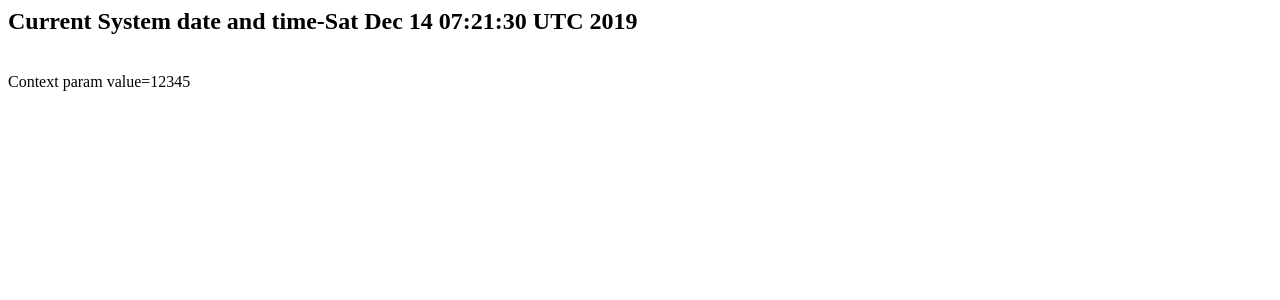
Repository: sunilbiradar179/TY_CG_HTD_BangaloreNovember_JFS_SunilBiradar
Page: http://localhost/mywebapp/currentDate
These files come from the project's save history. The page is drawn as it stood at one moment and after the next save; the edit follows.
The browser window is 1280 px wide. The pictures show the whole page.
The page is served by Tomcat 9.

Above is the page before, as saved 2019-12-16 07:55:47.

After the next save:
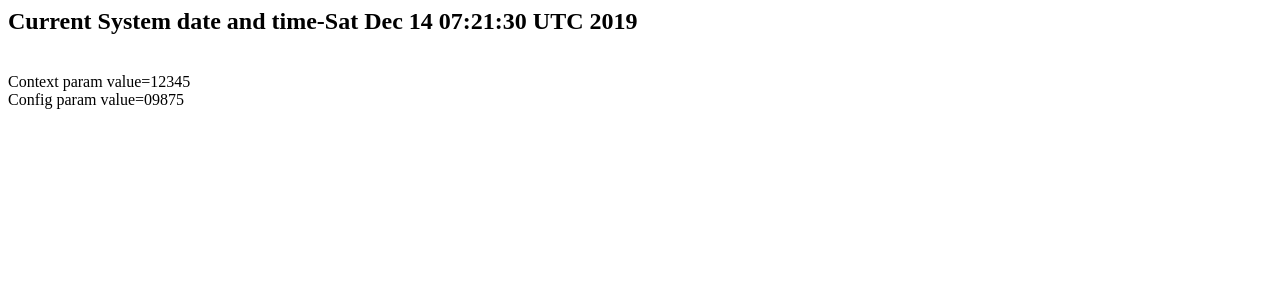
Saved 44 s later.
--- a/Back End/Servlets/mywebapp/src/main/java/com/capgmini/mywebapp/servlets/DateServlet.java
+++ b/Back End/Servlets/mywebapp/src/main/java/com/capgmini/mywebapp/servlets/DateServlet.java
@@ -34,6 +34,8 @@ public class DateServlet extends HttpServlet
 		out.print("<html>");
 		out.print("<h2>Current System date and time-"+date+"</h2>");
 		out.print("<br> Context param value="+contextParamVal);
+
+		out.print("<br> Config param value="+configParamVal);
 		out.print("</html>");
 	}
 
